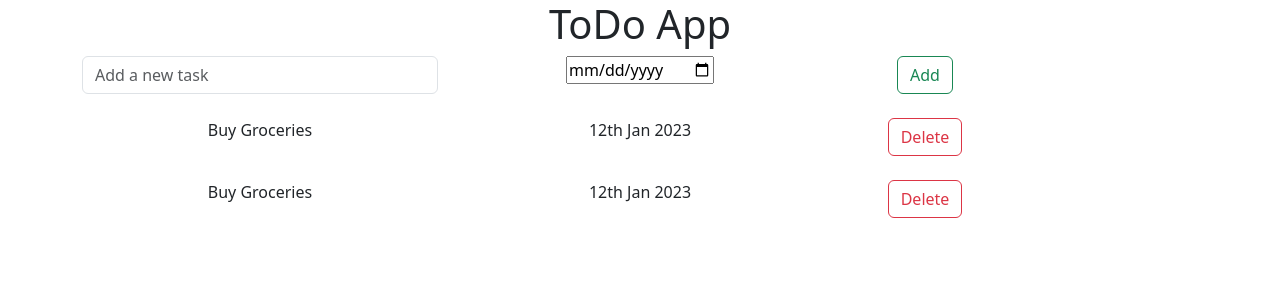
Repository: Mohitkumar1322/ReactTut
Page: / (app in ToDoApp/)
An editor plug-in stored every save of this project. The page is shown before and after the next save, followed by the edit.
The browser window is 1280 px wide. The pictures show the whole page.
The project was rebuilt for these pictures with package versions that can differ from the ones it lists, and the page was loaded fresh each time. Also part of the build but not shown: ToDoApp/vite.config.js.

Above is the page before, as saved 2025-08-24 11:25:41.

After the next save:
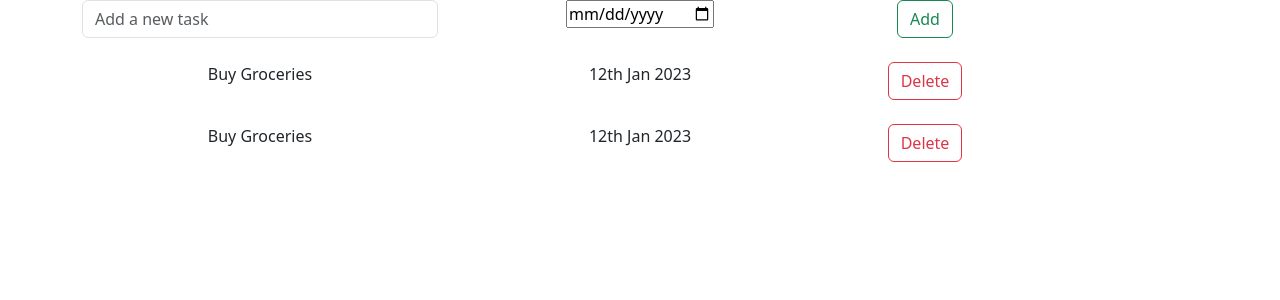
Saved 12 s later.
--- a/ToDoApp/src/App.jsx
+++ b/ToDoApp/src/App.jsx
@@ -2,7 +2,7 @@
   return (
     <div>
       <center>
-        <h1 class="todo-container">ToDo App</h1>
+
         <div class="container text-center">
           <div class="row">
             <div class="col-4">

After the 4 saves that followed:
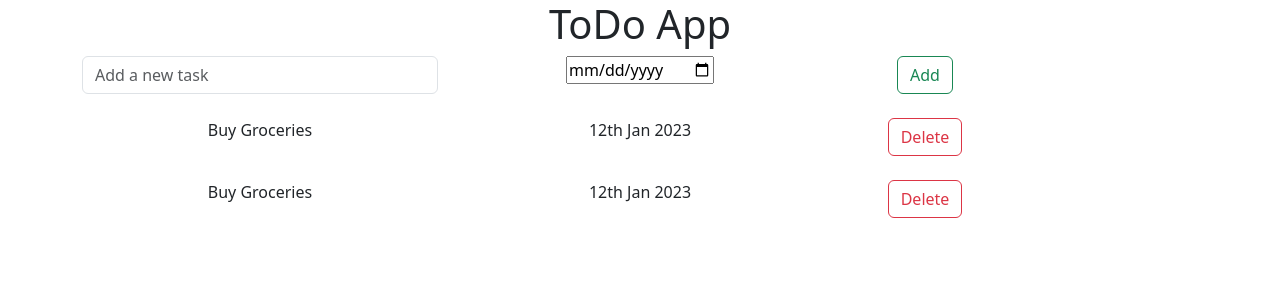
The 4 saves are shown as one change because 1 did not build or start and 1 left the picture as it was and some came seconds apart.
The last was saved 34 s later.
--- a/ToDoApp/src/App.jsx
+++ b/ToDoApp/src/App.jsx
@@ -1,8 +1,10 @@
+import AppName from "./components/AppName";
+
 function App() {
   return (
     <div>
       <center>
-
+       <AppName />
         <div class="container text-center">
           <div class="row">
             <div class="col-4">
--- a/ToDoApp/src/components/AppName.jsx
+++ b/ToDoApp/src/components/AppName.jsx
@@ -1,6 +1,6 @@
 function AppName() {
   return (
-
+        <h1 class="todo-container">ToDo App</h1>
   );
 }
 
